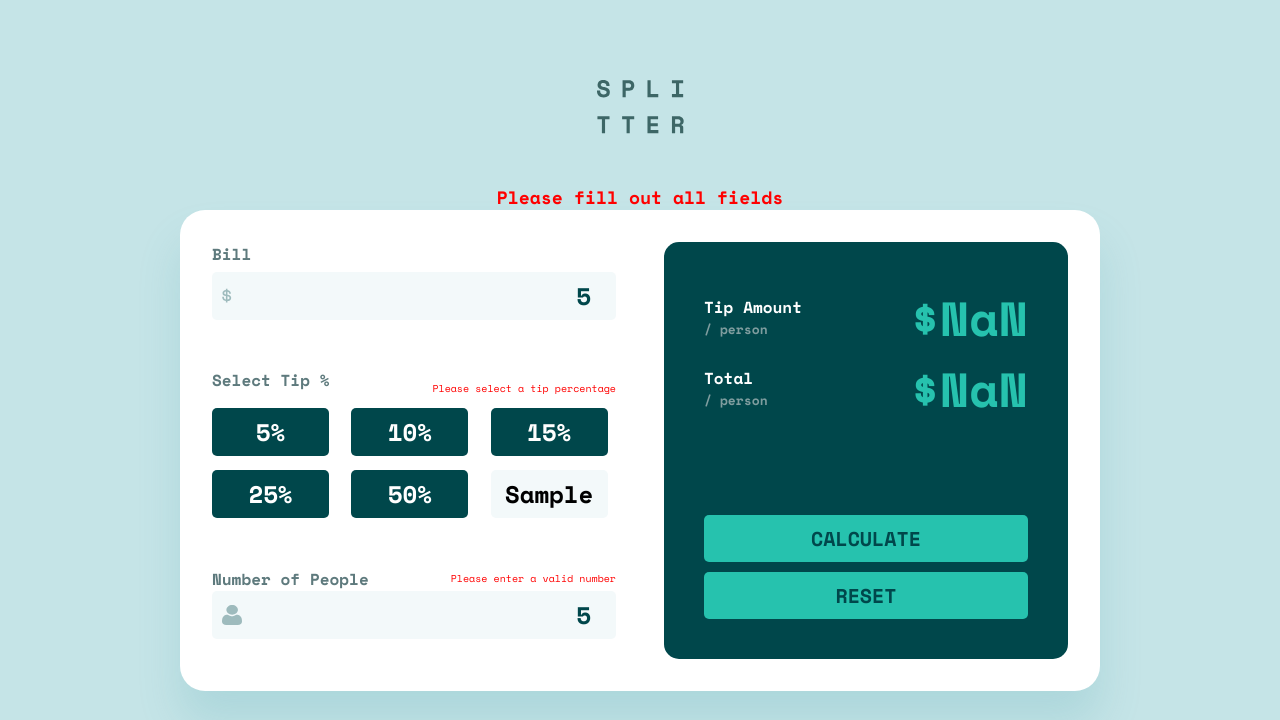
Repository: brandontaylor1/splitter
Page: index.html
The author's editor kept a copy of each file at every save. The page is drawn from the files as they stood at one save, then again after a run of saves.
The browser window is 1280 px wide. The pictures show the whole page.
Empty fields were first filled with sample values (such as "Sample", 5 or name@example.com).
After loading, the first visible `#calculate-button` was clicked once.

Above is the page before, as saved 2025-02-07 13:38:18.

After the next 2 saves:
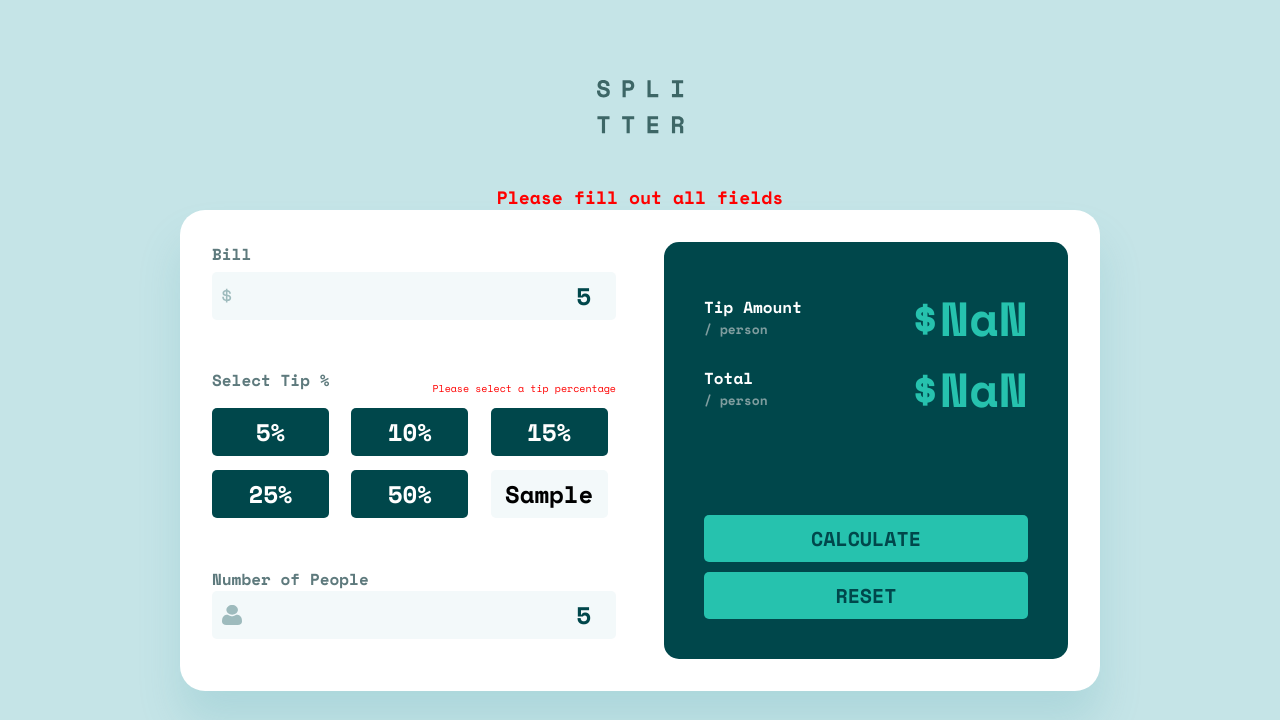
The 2 saves are shown as one change because they came seconds apart.
The last was saved 13 s later.
--- a/index.js
+++ b/index.js
@@ -76,6 +76,7 @@
 calculateBtn.addEventListener("click", () => {
     let hasError = false;
     billAmount = validateAmount(billInput.value);
+    numberOfPeople = validatePeople(peopleInput.value);
 
 
     if(billAmount === undefined || tipPercentage === undefined || numberOfPeople === undefined) {

After the 6 saves that followed:
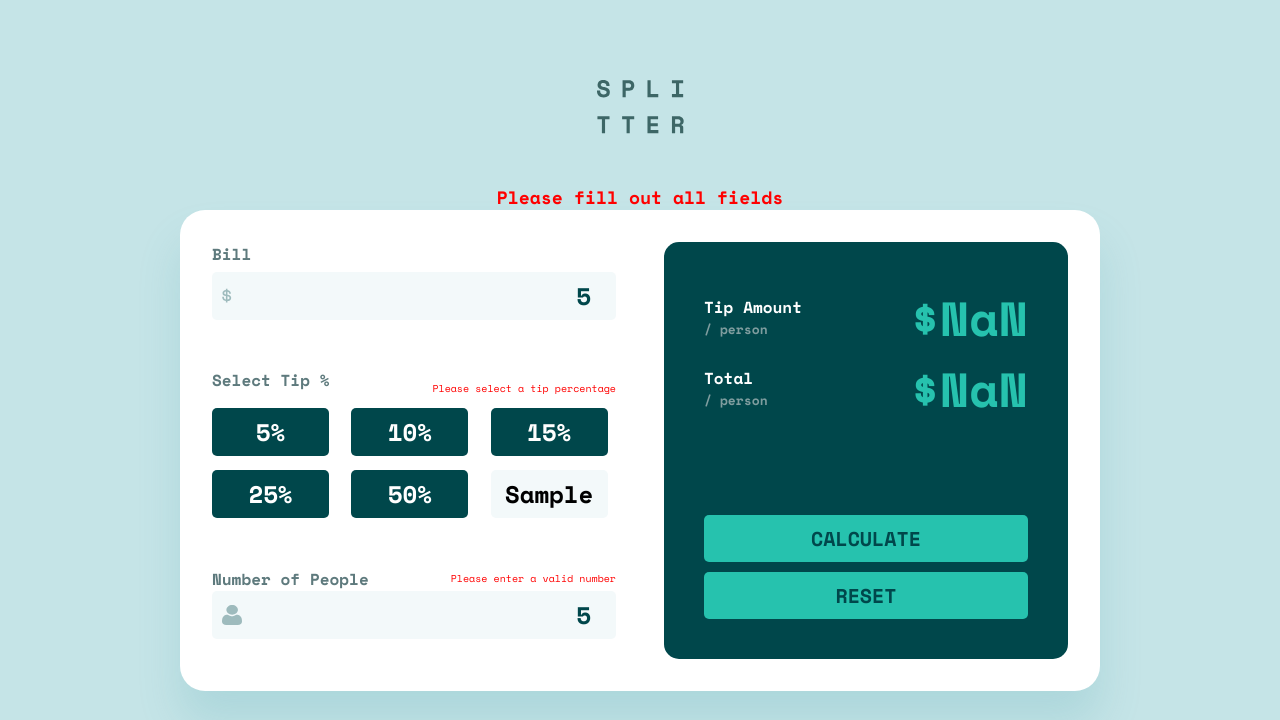
The 6 saves are shown as one change because 2 left the picture as it was and some came seconds apart.
The last was saved 3 min 19 s later.
--- a/index.js
+++ b/index.js
@@ -47,10 +47,8 @@
 function validatePeople(input) {
     if(!isNaN(input) && input !== "" && input > 0) {
         const people = parseFloat(input);
-        return people
-
-        // numberOfPeople = people;
-        // console.log(numberOfPeople)
+        numberOfPeople = people;
+        console.log(numberOfPeople)
     } else {
         console.log("Invalid input. Please enter a valid number");
         peopleError.textContent = "Please enter a valid number";
@@ -59,8 +57,8 @@
 
 function calculateTipAmount(bill, tipCalculated, people) {
     const calculatedTip = (bill * tipCalculated) / people
-    // console.log(calculatedTip)
-    // tipAmount = calculatedTip
+    // console.log(calculatedTip);
+
     tip.innerText = `$${calculatedTip.toFixed(2)}`
     return calculatedTip
 }
@@ -76,6 +74,7 @@
 calculateBtn.addEventListener("click", () => {
     let hasError = false;
     billAmount = validateAmount(billInput.value);
+    console.log(billAmount)
     numberOfPeople = validatePeople(peopleInput.value);
 
 
